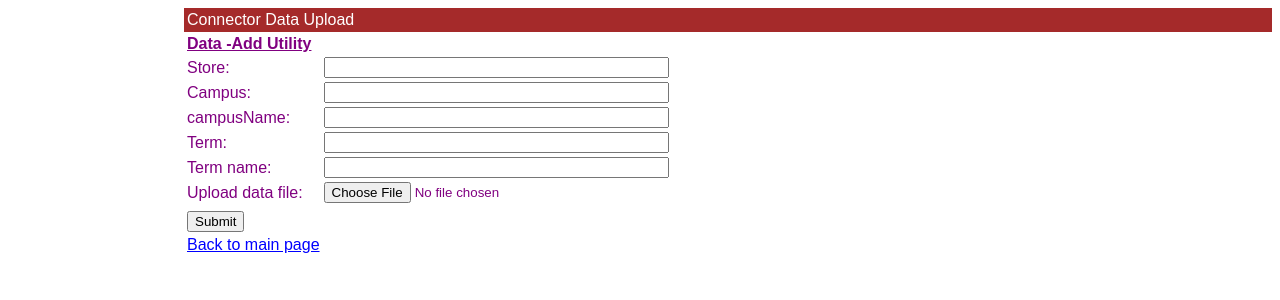
Repository: caditya/Dataupload
Page: http://localhost/connectordata/WEB-INF/views/datainput.jsp
These files come from the project's save history. The page is drawn as it stood at one moment and after the next save; the edit follows.
The browser window is 1280 px wide. The pictures show the whole page.
Some web libraries are served in a nearby version. The page is served by Tomcat 9. Nobody is signed in. The template is opened directly, without the code that normally fills it, so the values that code supplies are empty.

Above is the page before, as saved 2014-07-17 22:04:13.

After the next save:
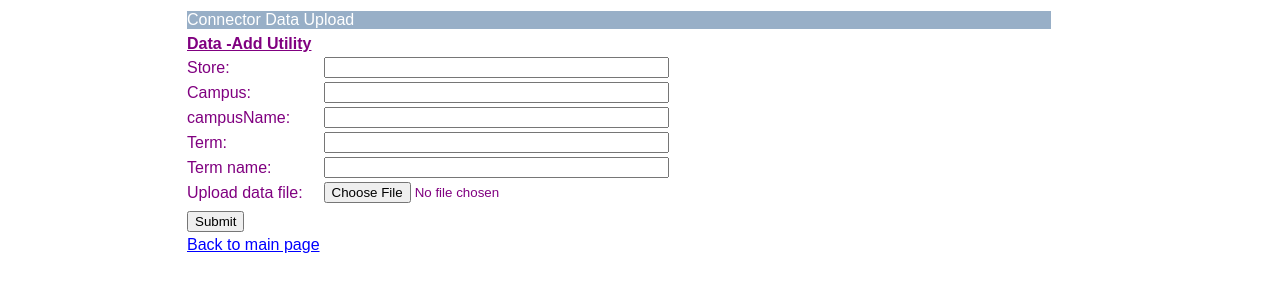
Saved 76 s later.
--- a/QAFileUpload/connectordata/src/main/webapp/resources/css/coffee.css
+++ b/QAFileUpload/connectordata/src/main/webapp/resources/css/coffee.css
@@ -34,7 +34,7 @@ address {
 
 p.pHeading {
  	color: white;
- 	background:brown;
+ 	background:#98AFC7;
  }
  td.center {
     /* <http://www.w3.org/wiki/CSS/Properties/text-align>
@@ -61,7 +61,7 @@ p.pHeading {
 }
 .table_header{
 	width: 100%;
-	background-color: brown;
+	background-color: table_header;
 }
 td {
 	font: caption;
